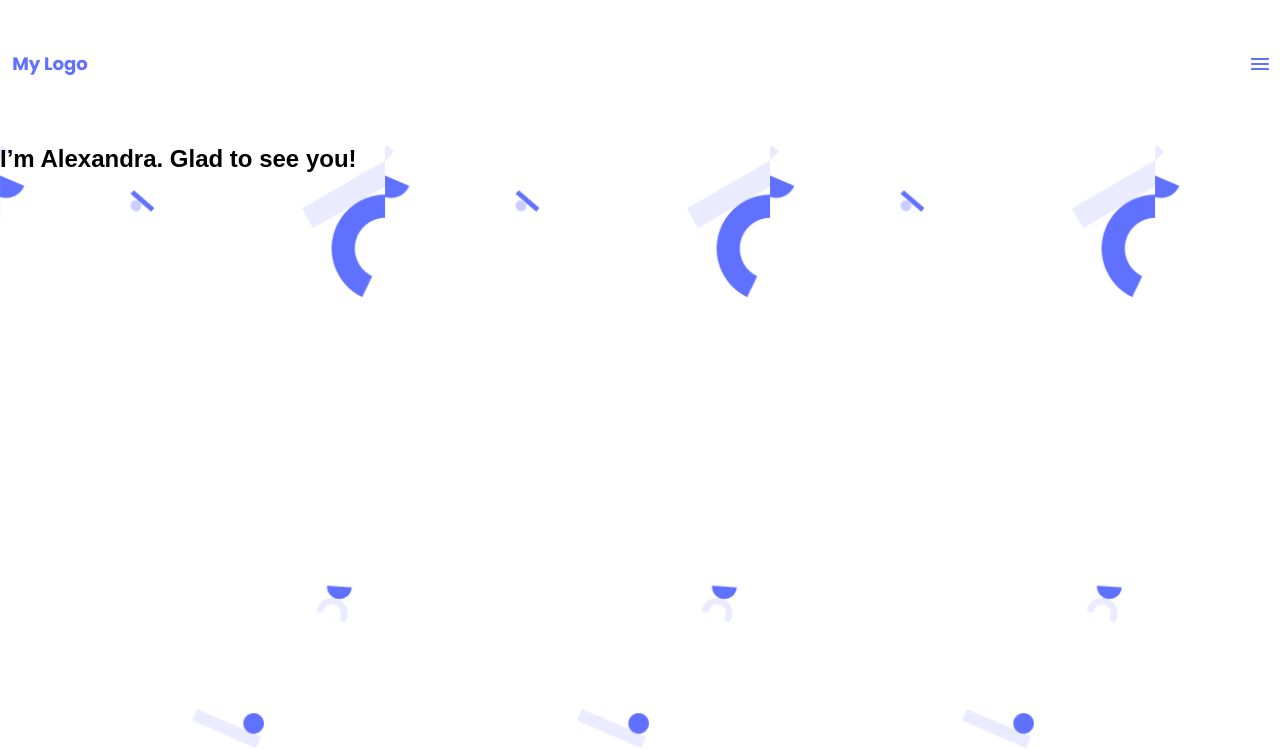
Repository: Paulinelali/potfoilo.github.io
Page: public/index.html
These files come from the project's save history. The page is drawn as it stood at one moment and after a run of saves; the edit follows.
The browser window is 1280 px wide. The pictures show the whole page.

Above is the page before, as saved 2023-03-24 21:23:00.

After the next 2 saves:
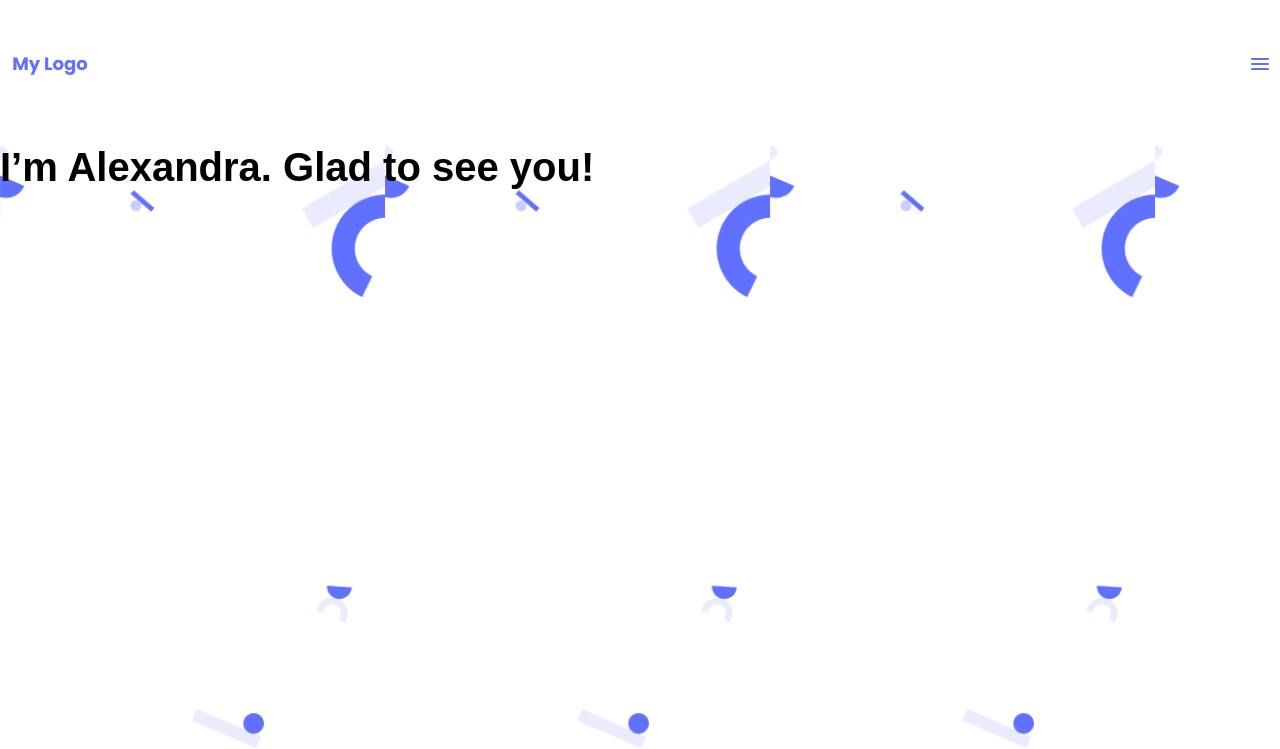
The 2 saves are shown as one change because they came seconds apart.
The last was saved 10 s later.
--- a/styles/style.css
+++ b/styles/style.css
@@ -16,7 +16,8 @@
 
 .intro-title{
     font-family: 'Poppins', sans-serif;
-    font-size: ;
+    font-size: 40px;
+
 }
 
 .header-inner{
